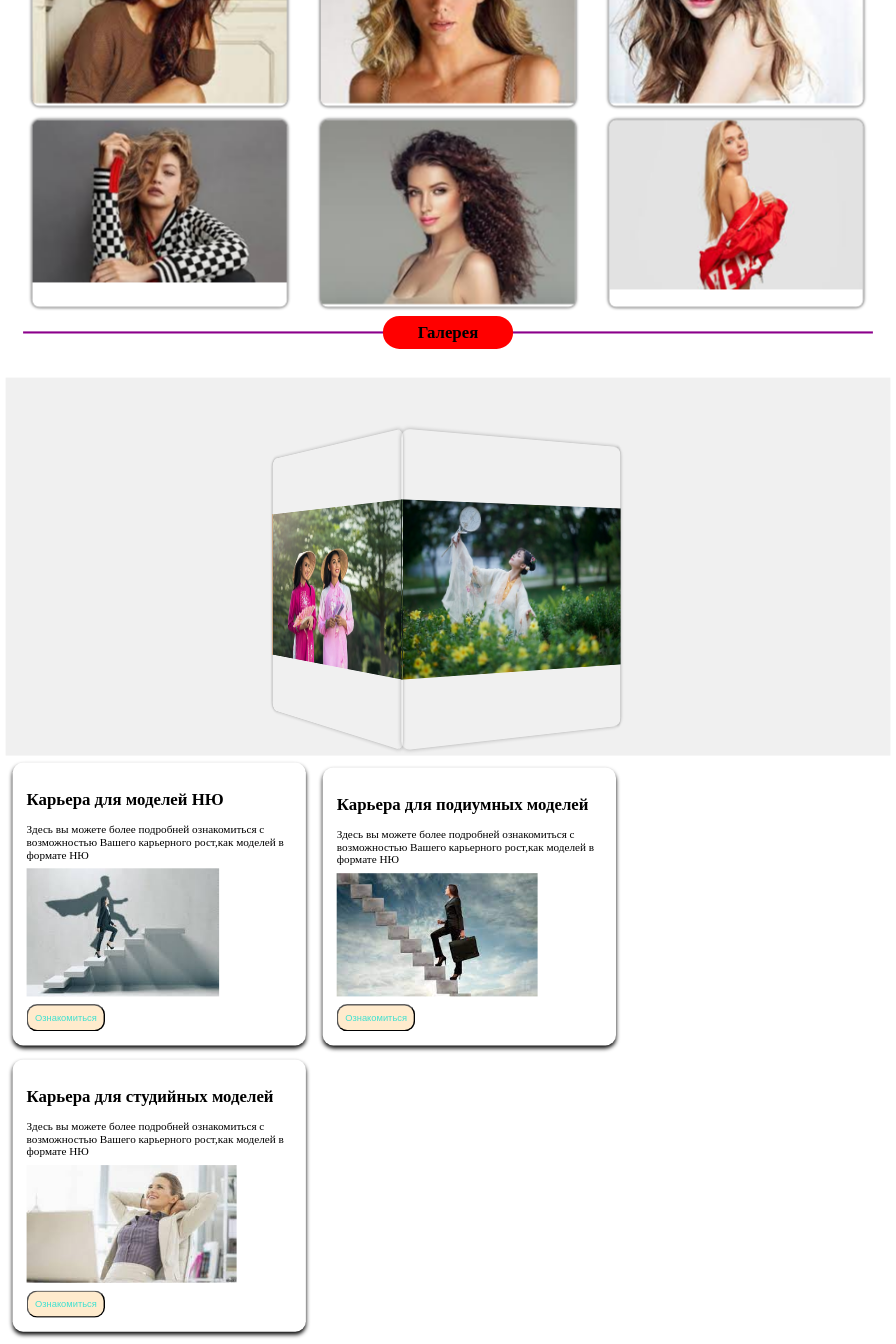
Repository: qtqqrdy13/model-studio
Page: index.html
The author's editor kept a copy of each file at every save. The page is drawn from the files as they stood at one save, then again after the next save.
The browser window is 1280 px wide. The pictures show the part of the page from y = 1439 to 3359 px (the page is 3359 px tall before and 3337 px after), at 70% of full size.
A picture or video elsewhere on the page could not be fetched, so the positions and the page height are approximate.

Above is the page before, as saved 2023-09-01 13:19:22.

After the next save:
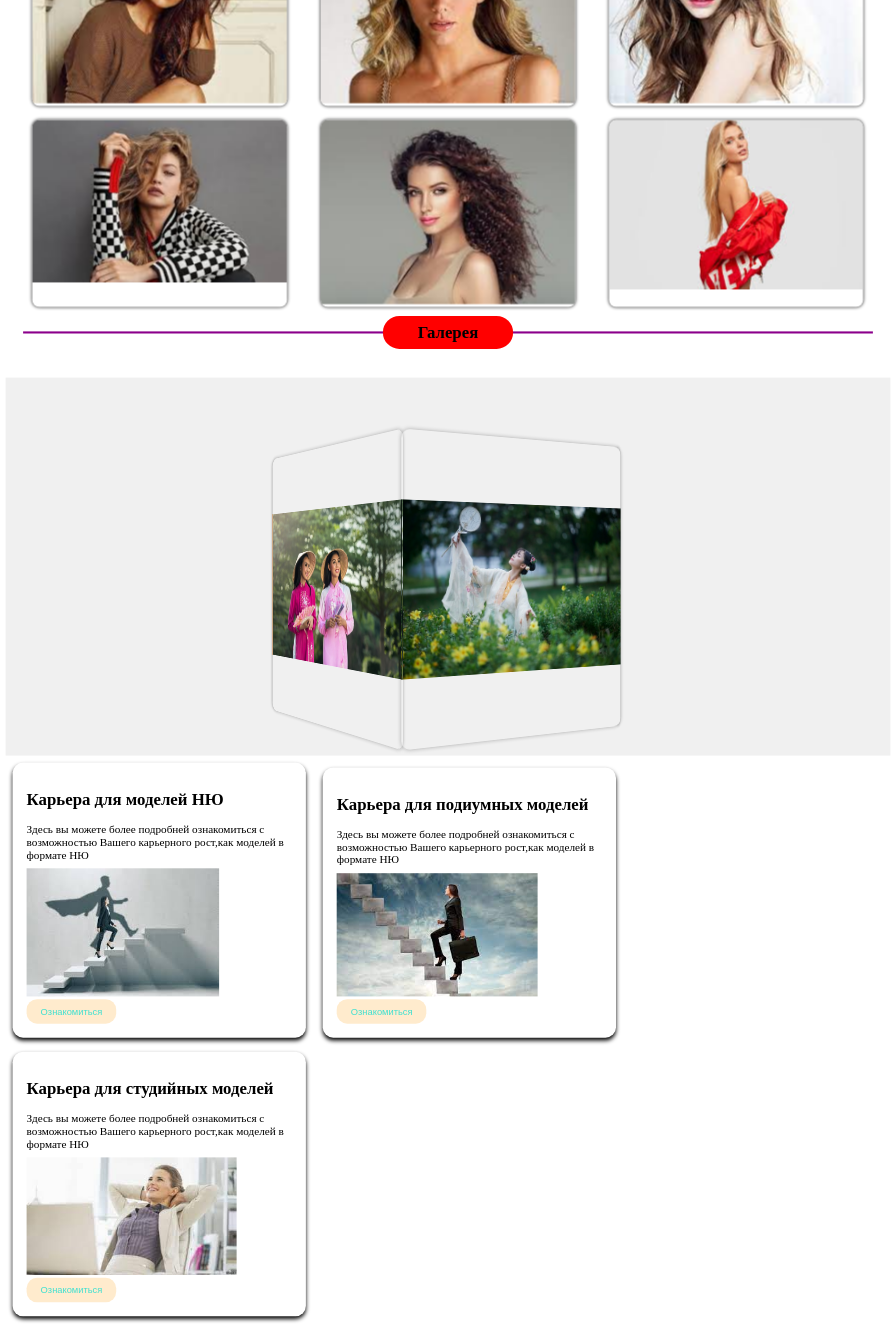
Saved 89 s later.
--- a/style.css
+++ b/style.css
@@ -348,8 +348,9 @@ transition: opacity 0.3s ease-in-out;
     background-color:blanchedalmond;
     color:turquoise;
     border-radius:15px;
-    margin-top:7px;
-    padding:10px 10px;
+    padding:10px 20px;
+    border:none;
+    cursor: pointer;
 }
     .baton:hover{
         background-color:turquoise;
